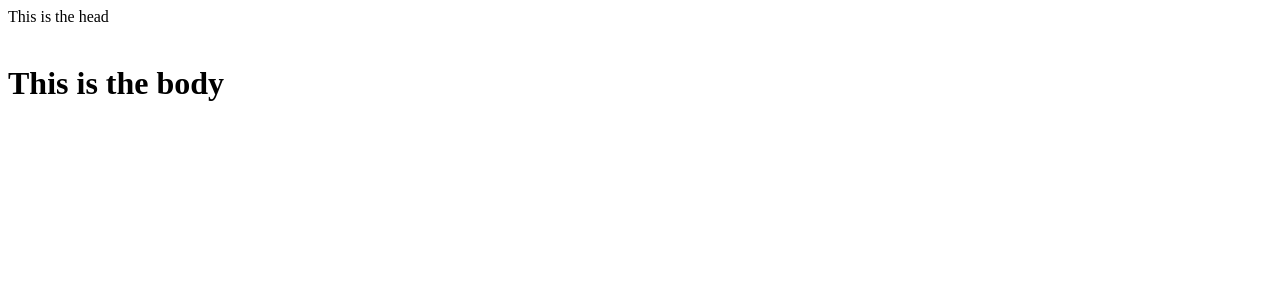
Repository: RaghavTVel/CUB_Codes
Page: eclipse_workspace/DataCommAssignment1/www/index.html
The author's editor kept a copy of each file at every save. The page is drawn from the files as they stood at one save, then again after the next save.
The browser window is 1280 px wide. The pictures show the whole page.

Above is the page before, as saved 2015-09-05 23:56:21.

After the next save:
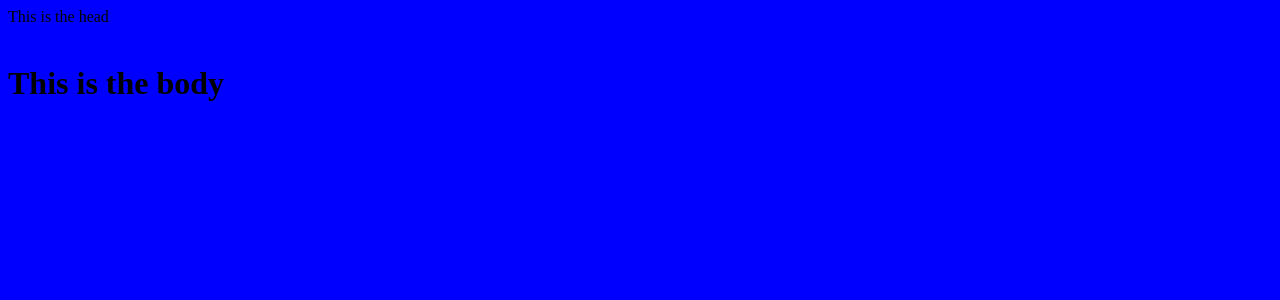
Saved 22 s later.
--- a/eclipse_workspace/DataCommAssignment1/www/index.html
+++ b/eclipse_workspace/DataCommAssignment1/www/index.html
@@ -8,7 +8,7 @@ This is the head<br><br>
 Data Communications 1 - Assignment 1
 </title>
 
-<body>
+<body bgcolor='blue'>
 <p><h1>This is the body</h1></p>
 </body>
 
